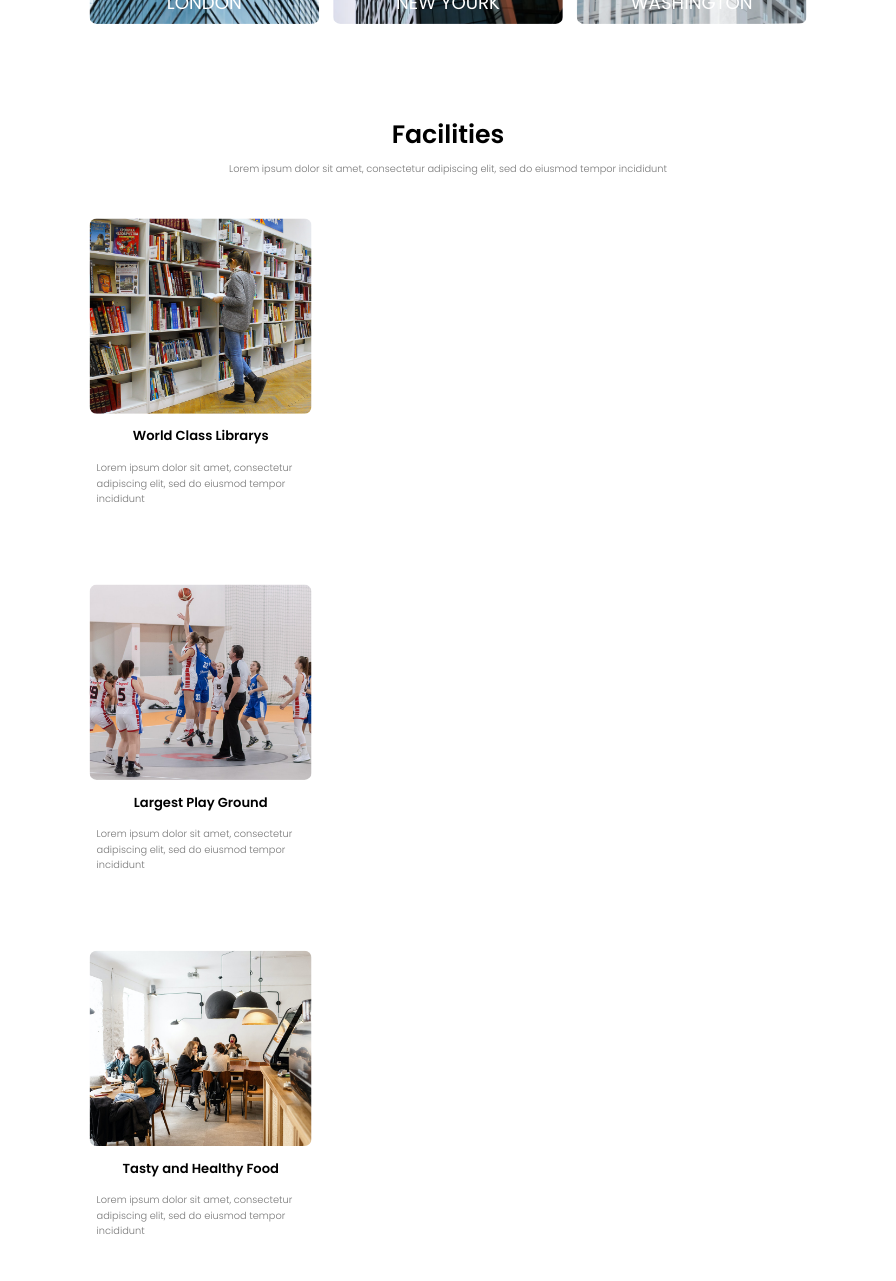
Repository: dewaary/company-profile
Page: index.html
These files come from the project's save history. The page is drawn as it stood at one moment and after the next save; the edit follows.
The browser window is 1280 px wide. The pictures show the part of the page from y = 1823 to 3743 px (the page is 3653 px tall before and 3743 px after), at 70% of full size.

Above is the page before, as saved 2021-05-07 22:08:50.

After the next save:
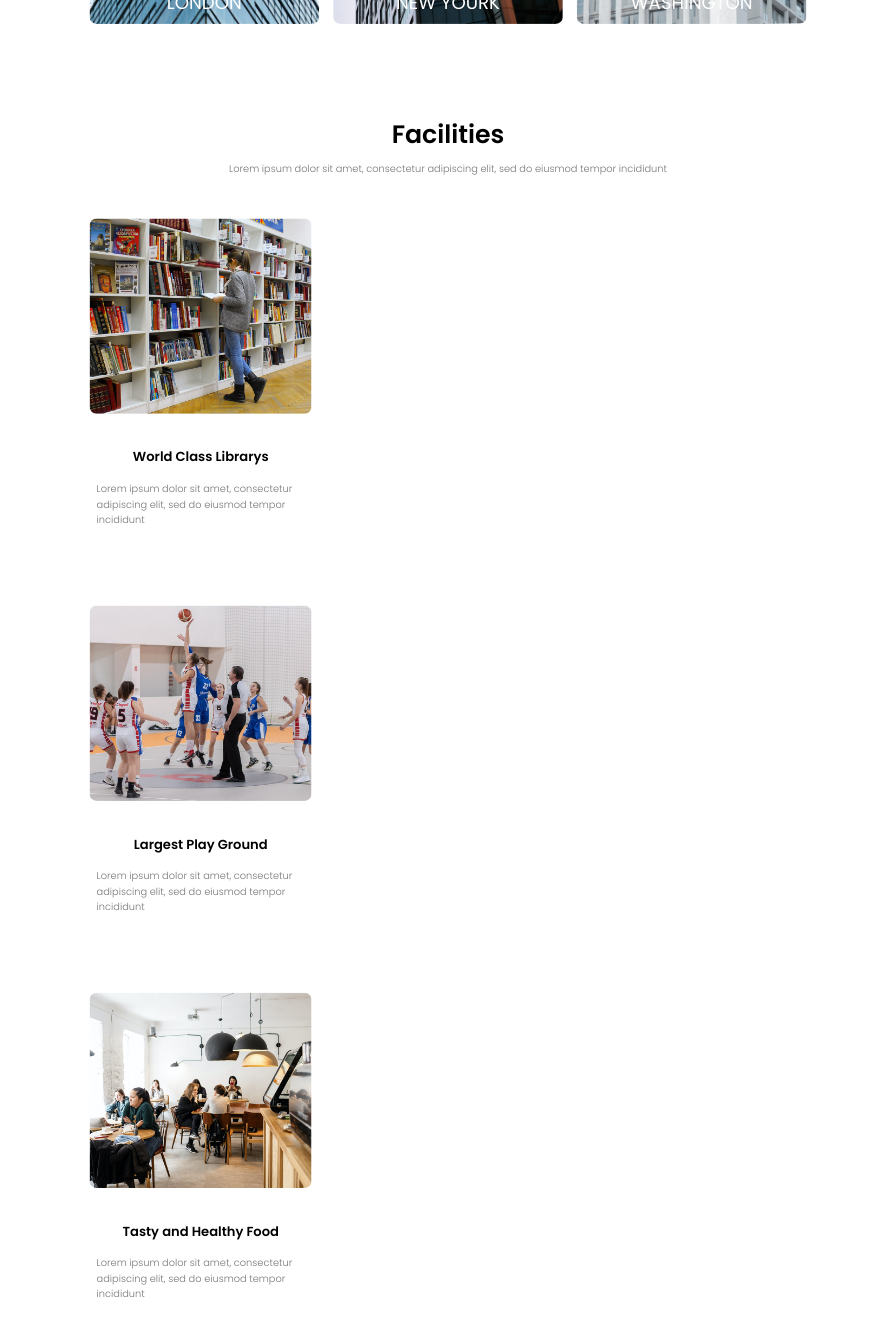
Saved 35 s later.
--- a/style.css
+++ b/style.css
@@ -253,6 +253,9 @@
 .facilities-col img {
   width: 100%;
   border-radius: 10px;
+  margin-bottom: 30px;
+  position: relative;
+  overflow: hidden;
 }
 
 /* .facilities-col p {

After the 2 saves that followed:
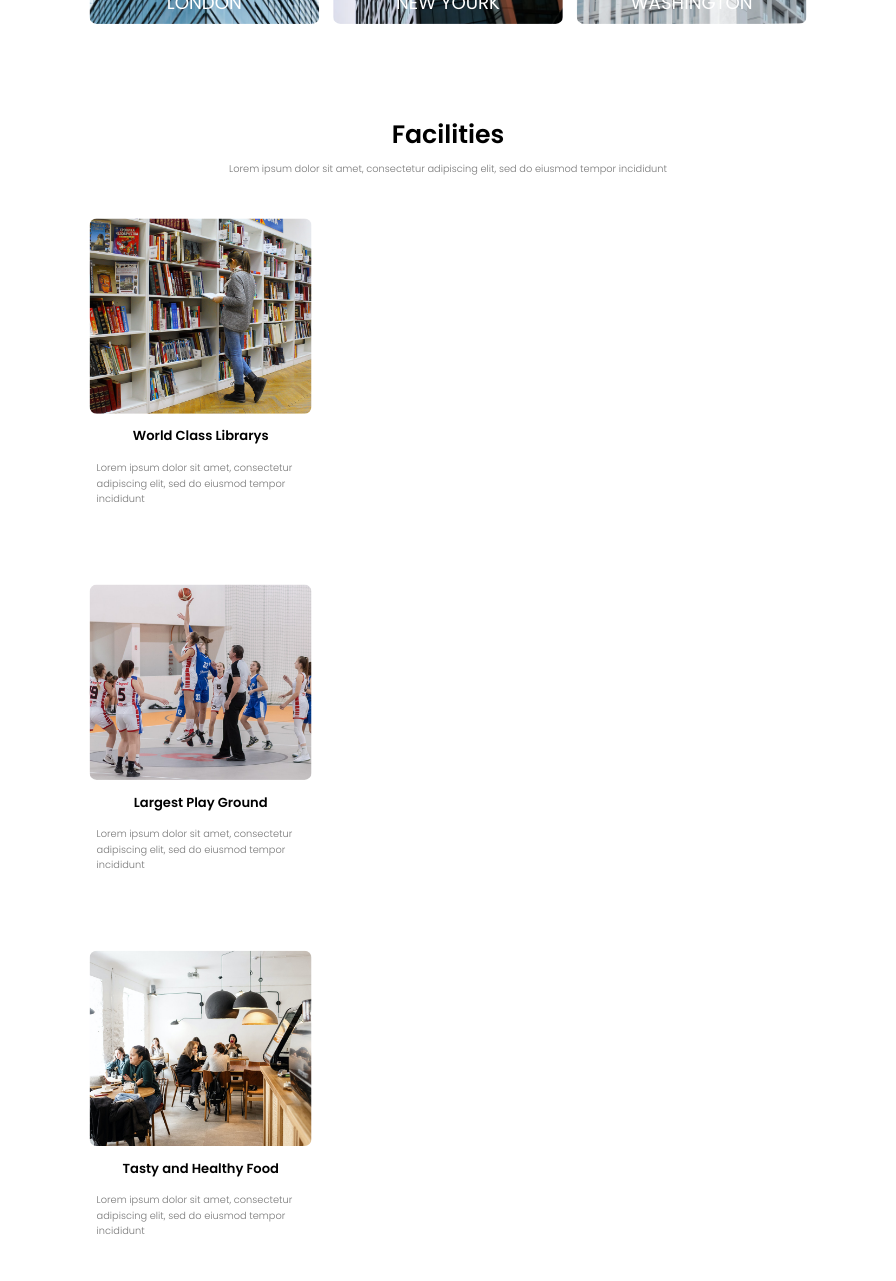
The 2 saves are shown as one change because 1 left the picture as it was.
The last was saved 27 s later.
--- a/style.css
+++ b/style.css
@@ -250,12 +250,10 @@
   text-align: left;
 }
 
-.facilities-col img {
-  width: 100%;
-  border-radius: 10px;
-  margin-bottom: 30px;
-  position: relative;
-  overflow: hidden;
+.facilities-col img{
+  width: 100%;
+  border-radius: 10px;
+
 }
 
 /* .facilities-col p {
